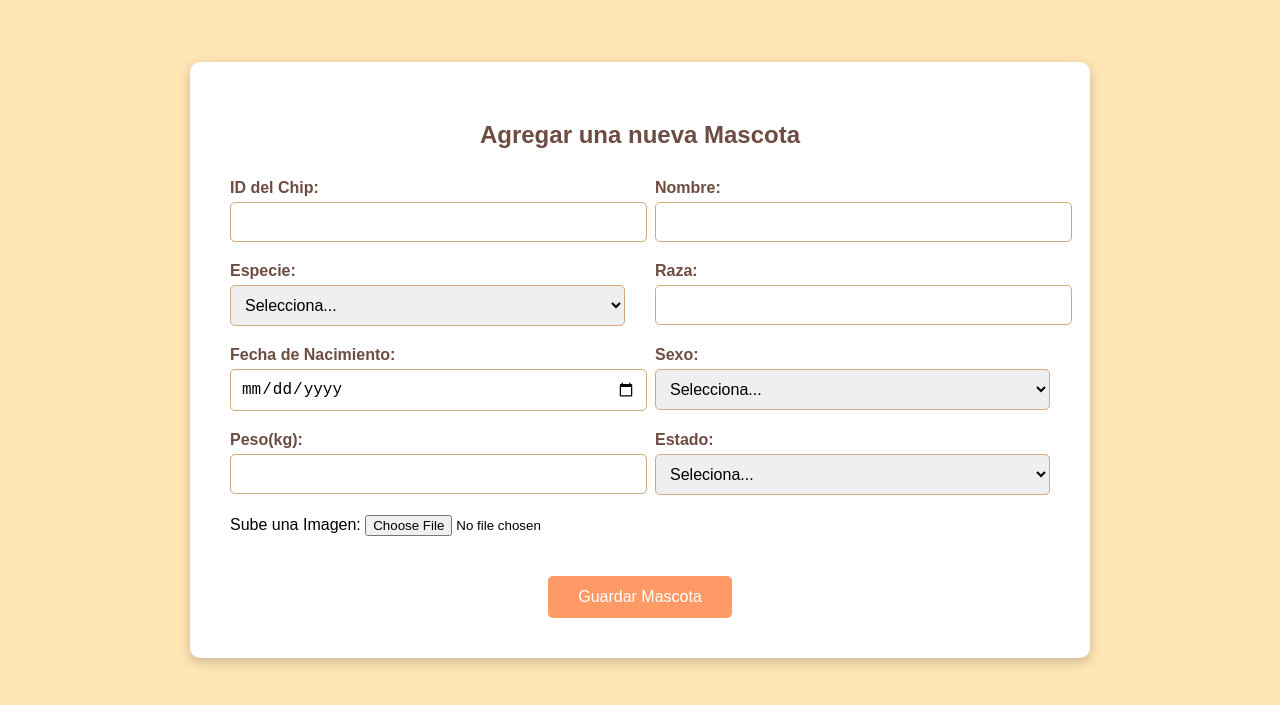
Repository: adriarodrisan/PetLover
Page: Paginas_web/Agregar_Mascota.html
The author's editor kept a copy of each file at every save. The page is drawn from the files as they stood at one save, then again after the next save.
The browser window is 1280 px wide. The pictures show the whole page.

Above is the page before, as saved 2025-03-19 14:38:07.

### Paginas_web/Agregar_Mascota.html
<!DOCTYPE html>
<html lang="en">
<head>
    <meta charset="UTF-8">
    <meta name="viewport" content="width=device-width, initial-scale=1.0">
    <title>Agregar Mascota</title>
    <link rel="stylesheet" href="/Css_Paginas/Agregar_mascota.css">
</head>
<body>
    <div class="formulario-contenedor">
        <h2>Agregar una nueva Mascota</h2>
        <form action="insertar_mascota.php" method="POST" enctype="multipart/form-data" class="formulario-g">
            <div class="campo">
                <label for="Chip_ID">ID del Chip: </label>
                <input type="text" name="Chip_ID" id="Chip_ID" required>
            </div>
            <div class="campo">
                <label for="Nombre">Nombre: </label>
                <input type="text" name="Nombre" id="Nombre" required>
            </div>
            <div class="campo">
                <label for="Especie"> Especie: </label>
                <select name="Especie" id="Nombre" required>
                    <option value="">Selecciona...</option>
                    <option value="Perro">Perro</option>
                    <option value="Gato">Gato</option>
                </select>
            </div>
            <div class="campo">
                <label for="raza">Raza: </label>
                <input type="text" name="raza" id="raza" required>
            </div>
            <div class="campo">
                <label for="FechaNacimiento"> Fecha de Nacimiento:</label>
                <input type="date" name="FechaNacimiento" id="FechaNacimiento" required>
            </div>
            <div class="campo">
                <label for="Sexo">Sexo:</label>
                <select name="Sexo" id="Sexo" required>
                    <option value="">Selecciona...</option>
                    <option value="Macho">Macho</option>
                    <option value="Hembra">Hembra</option>
                </select>
            </div>
            <div class="campo">
                <label for="Peso">Peso(kg):</label>
                <input type="number" step="0,01" name="Peso" id="Peso" required>
            </div>
            <div class="campo">
                <label for="Estado">Estado: </label>
                <select name="Estado" id="Estado" required>
                    <option value="">Seleciona...</option>
                    <option value="Disponible">Disponible</option>
                    <option value="Adoptado">Adoptado</option>
                    <option value="Reservado">Reservado</option>
                </select>
            </div>
            <div class="campo-con-imagen">
                <label for="Imagen">Sube una Imagen:</label>
                <input type="file" name="Imagen" id="Imagen" accept="Imagen/*" required >
            </div>
            <div class="boton">
                <button type="submit">Guardar Mascota</button>
            </div>
        </form>
    </div>
</body>
</html>

### Css_Paginas/Agregar_mascota.css
body{
    font-family: Arial, sans-serif;
    background-color: #FFE5B4;
    margin: 0;
    padding: 0;
    display: flex;
    justify-content: center;
    align-items: center;
    min-height: 100vh;

}
.formulario-contenedor{
    background-color: white;
    padding: 40px;
    border-radius: 10px;
    box-shadow: 0px 4px 12px rgba(0, 0, 0, 0.2);
    width: 90%;
    max-width: 900px;
    box-sizing: border-box;
}
h2 {
    text-align: center;
    color: #6d4c41;
    margin-bottom: 30px;
}
.formulario-g{
    display: grid;
    grid-template-columns: repeat(auto-fit, minmax(300px, 1fr));
    gap: 20px 30px;
}
.campo label{
    display: block;
    font-weight: bold;
    margin-bottom: 5px;
    color:#6d4c41;
}
.campo input, .campo select{
    width: 100%;
    padding: 10px;
    border: 1px solid #d3a87c ;
    border-radius: 5px;
    font-size: 1rem;
}
.campo-con-imagen{
    grid-column: span 2;
}
.boton-contenedor{
    grid-column: span 2;
    text-align: center;
    margin-top: 20px;
}
.boton {
    grid-column: span 2;
    text-align: center;
    margin-top: 20px;
}
.boton button {
    background-color: #FF9966;
    color: white;
    padding: 12px 30px;
    border: none;
    border-radius: 5px;
    font-size: 1rem;
    cursor: pointer;
}
.boton button:hover {
    background-color: #FF7043;
}

After the next save:
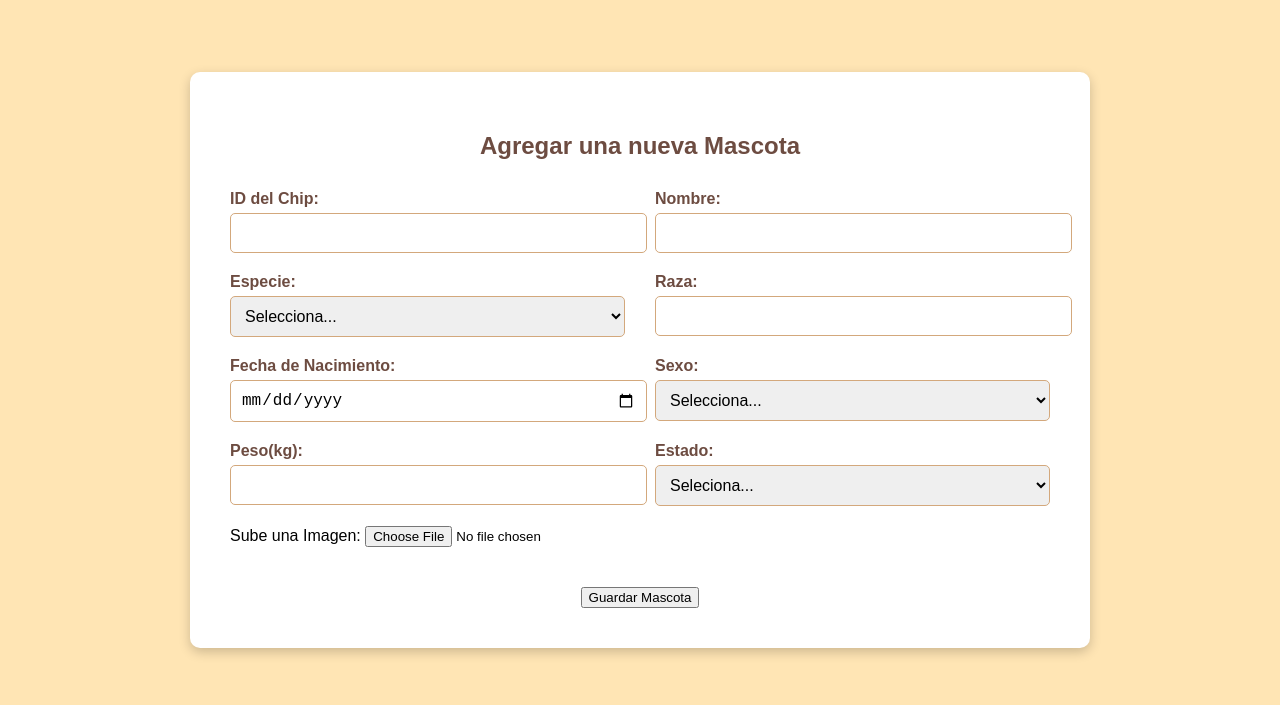
Saved 18 s later.
--- a/Css_Paginas/Agregar_mascota.css
+++ b/Css_Paginas/Agregar_mascota.css
@@ -54,7 +54,7 @@
     text-align: center;
     margin-top: 20px;
 }
-.boton button {
+.boton-contenedor button {
     background-color: #FF9966;
     color: white;
     padding: 12px 30px;

After the save that followed:
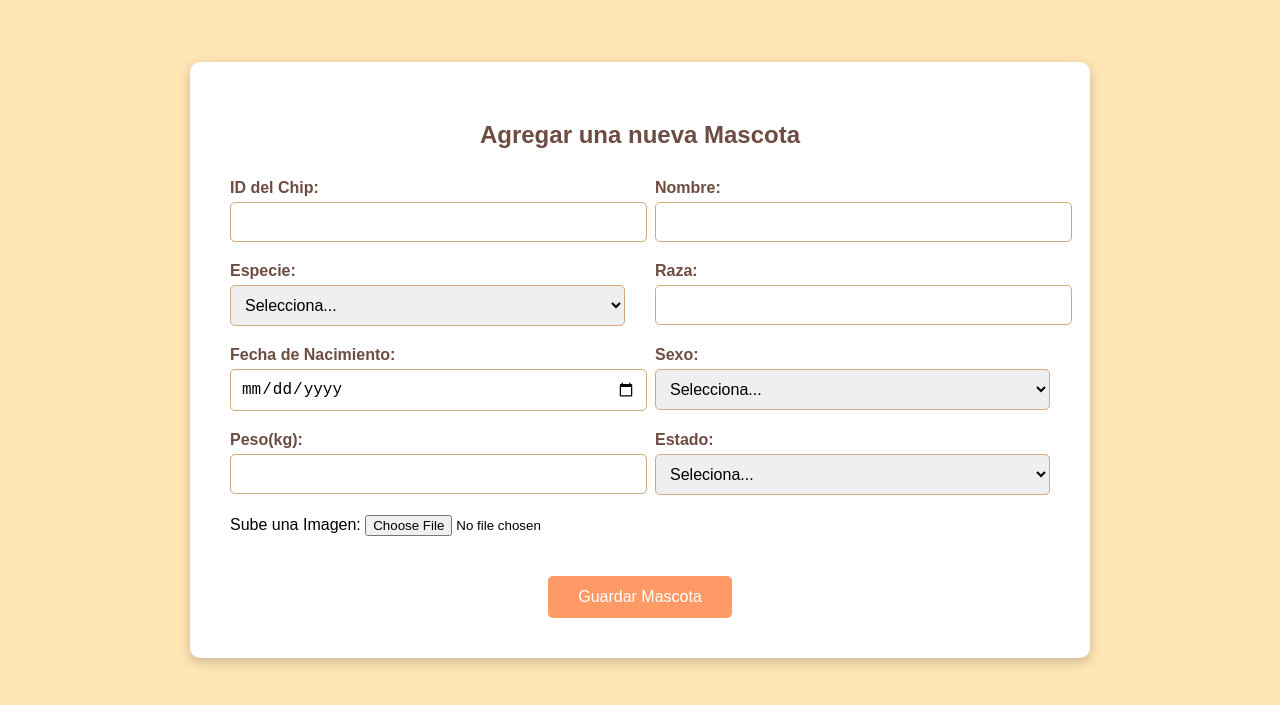
Saved 20 s later.
--- a/Paginas_web/Agregar_Mascota.html
+++ b/Paginas_web/Agregar_Mascota.html
@@ -59,7 +59,7 @@
                 <label for="Imagen">Sube una Imagen:</label>
                 <input type="file" name="Imagen" id="Imagen" accept="Imagen/*" required >
             </div>
-            <div class="boton">
+            <div class="boton-contenedor">
                 <button type="submit">Guardar Mascota</button>
             </div>
         </form>
